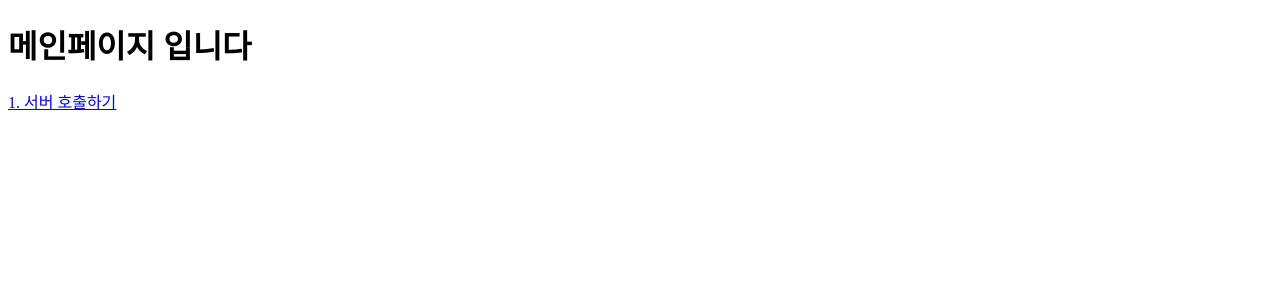
Repository: beescuit9510/toyProjects
Page: web-server-workplace/02_noDbProject/src/main/webapp/index.html
These files come from the project's save history. The page is drawn as it stood at one moment and after the next save; the edit follows.
The browser window is 1280 px wide. The pictures show the whole page.

Above is the page before, as saved 2021-09-29 04:38:47.

### web-server-workplace/02_noDbProject/src/main/webapp/index.html
<!DOCTYPE html>
<html>
<head>
<meta charset="UTF-8">
<title>Insert title here</title>
</head>
<body>
	<h1>메인페이지 입니다

	</h1>
	<a href="/requestServer">1. 서버 호출하기</a>
</body>
</html>

After the next save:
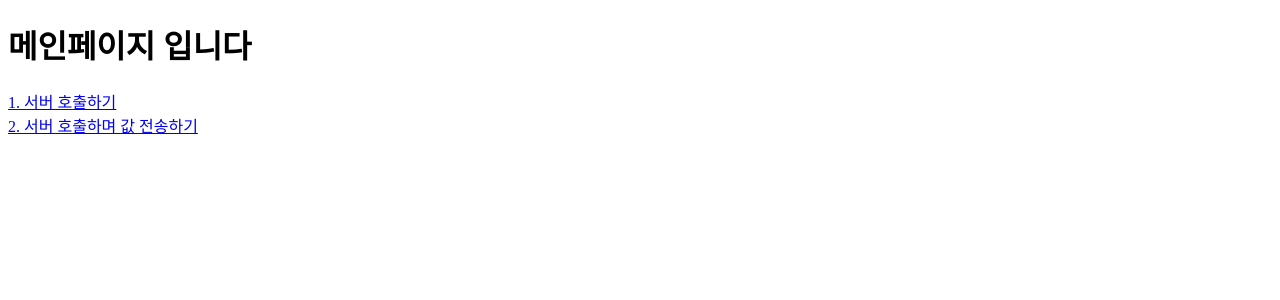
Saved 3 min 51 s later.
--- a/web-server-workplace/02_noDbProject/src/main/webapp/index.html
+++ b/web-server-workplace/02_noDbProject/src/main/webapp/index.html
@@ -5,9 +5,8 @@
 <title>Insert title here</title>
 </head>
 <body>
-	<h1>메인페이지 입니다
-
-	</h1>
-	<a href="/requestServer">1. 서버 호출하기</a>
+	<h1>메인페이지 입니다</h1>
+	<a href="/requestServer">1. 서버 호출하기</a><br>
+	<a href="/sendData1">2. 서버 호출하며 값 전송하기</a>
 </body>
 </html>
